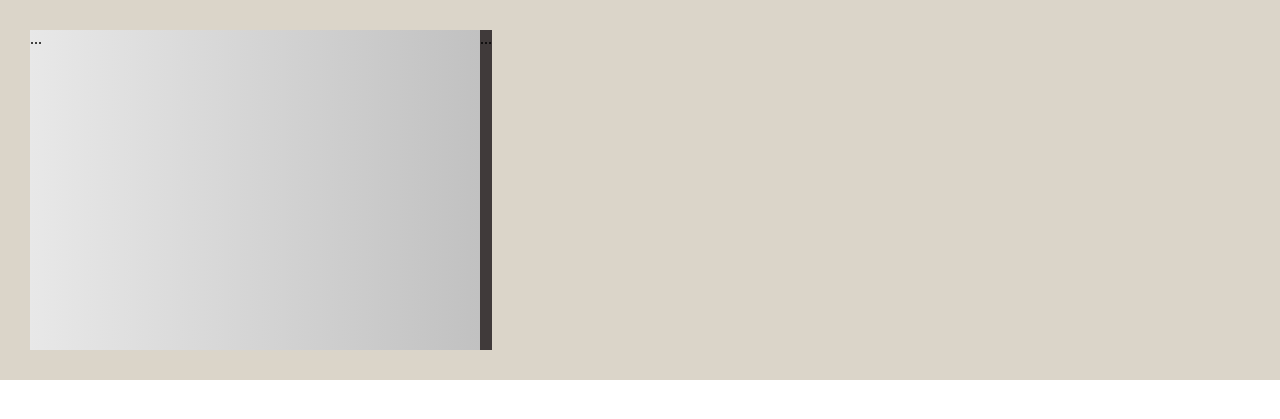
Repository: ThiagoIturra/urnaJs
Page: index.html
The author's editor kept a copy of each file at every save. The page is drawn from the files as they stood at one save, then again after the next save.
The browser window is 1280 px wide. The pictures show the whole page.

Above is the page before, as saved 2022-01-05 15:45:16.

### index.html
<!DOCTYPE html>
<html lang="pt-BR">
<header>
    <meta charset="UTF-8" />
    <meta name="viewport" content="width=device-width, initial-scale=1.0">
    <link rel="stylesheet" href="style.css">
    <title>Urna Eletrônica</title>
</header>
<body>
    <div class="urna">
        <div class="screen">
...
        </div>
        <div class="keyboard">
            ...
        </div>
    </div>
</body>
</html>

### style.css
body {
    margin: 0;
}

.urna {
    background-color: #dbd5c9;
    padding: 30px;
    display: flex;
}

.screen {
    width: 450px;
    height: 320px;
    background: linear-gradient(to right, #e8e8e8, #c1c1c1);
}

.keyboard {
    background-color: #403A3A;
}

After the next save:
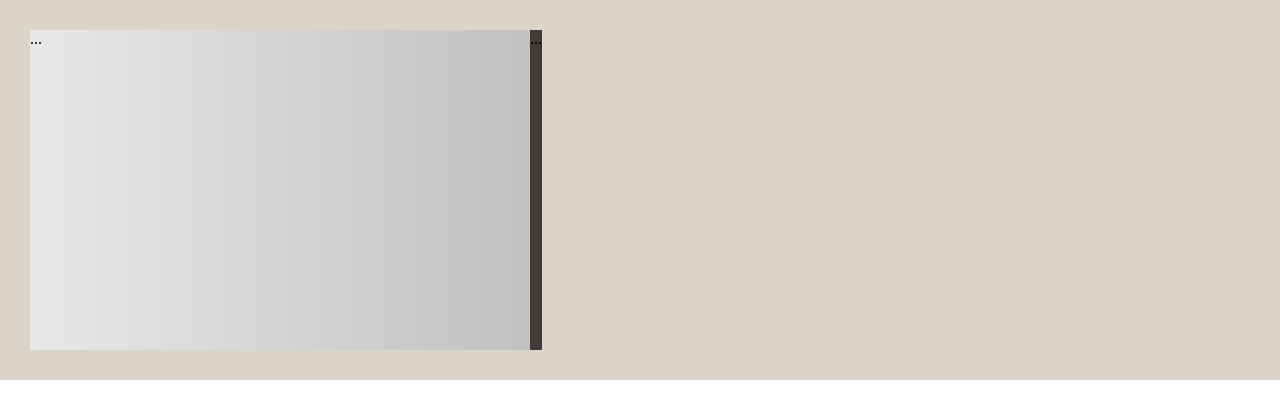
Saved 30 s later.
--- a/style.css
+++ b/style.css
@@ -9,7 +9,7 @@
 }
 
 .screen {
-    width: 450px;
+    width: 500px;
     height: 320px;
     background: linear-gradient(to right, #e8e8e8, #c1c1c1);
 }

After the save that followed:
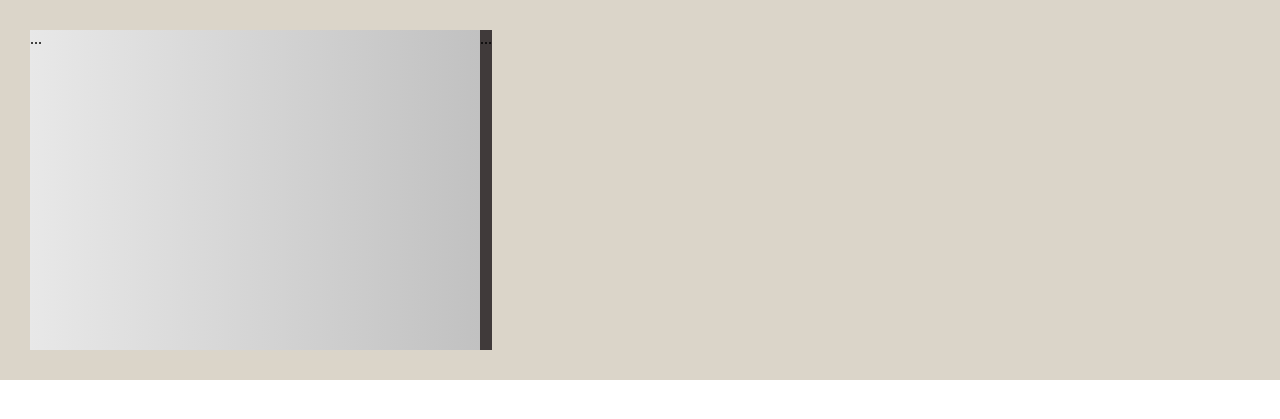
Saved 37 s later.
--- a/style.css
+++ b/style.css
@@ -9,7 +9,7 @@
 }
 
 .screen {
-    width: 500px;
+    width: 450px;
     height: 320px;
     background: linear-gradient(to right, #e8e8e8, #c1c1c1);
 }
